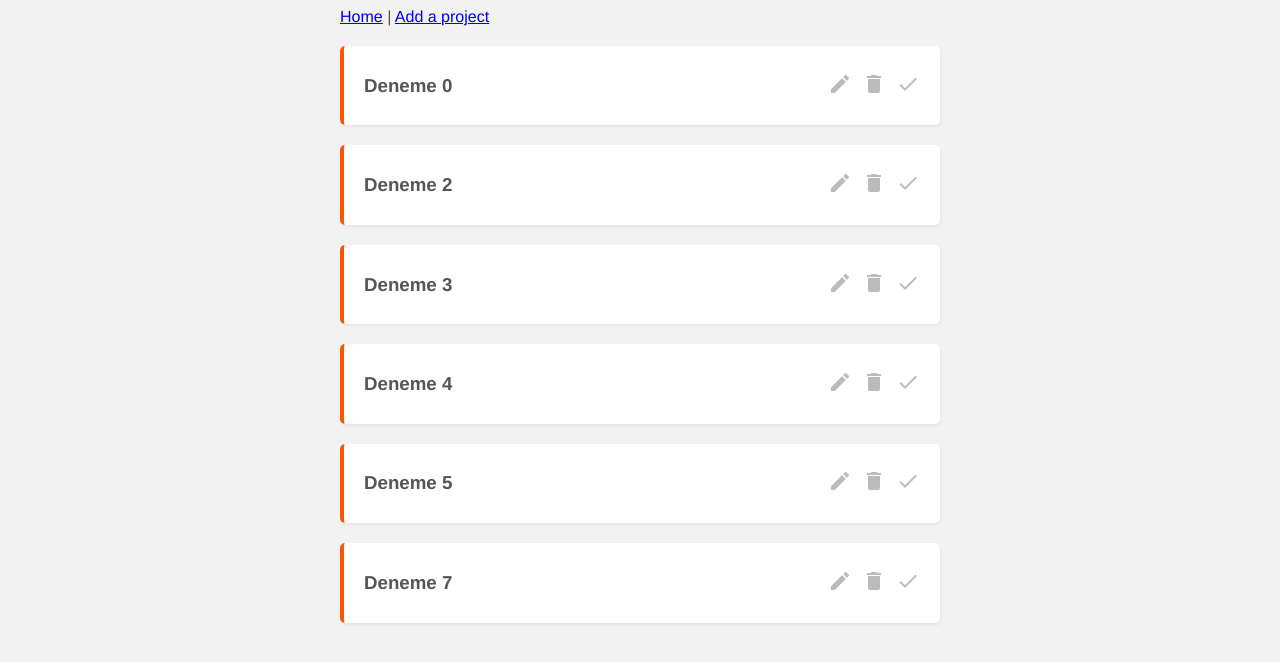
Repository: sercanisli/task-app
Page: /
An editor plug-in stored every save of this project. The page is shown before and after the next save, followed by the edit.
The browser window is 1280 px wide. The pictures show the whole page.
The project was rebuilt for these pictures with package versions that can differ from the ones it lists, and the page was loaded fresh each time. Requests to the local data server were answered from the project's data file. Also part of the build but not shown: vue.config.js. Imported but missing from the stored project, and not drawn on this page: src/views/AddProject.vue.

Above is the page before, as saved 2024-04-27 15:53:42.

After the next save:
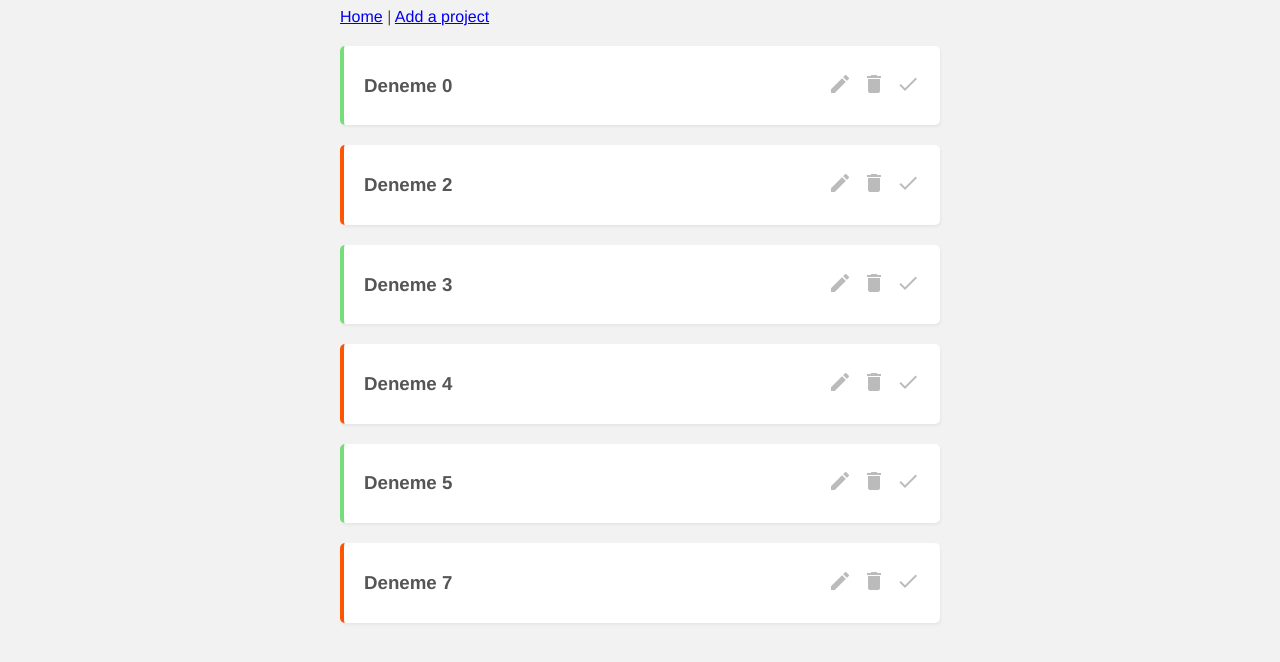
Saved 8 min 43 s later.
--- a/src/components/SingleProject.vue
+++ b/src/components/SingleProject.vue
@@ -1,5 +1,5 @@
 <template>
-  <div class="project">
+  <div class="project" :class="{complete:project.complete}">
     <div class="actions">
         <h3 @click="showDetails = !showDetails">{{ project.title }}</h3>
         <div class="icons">
